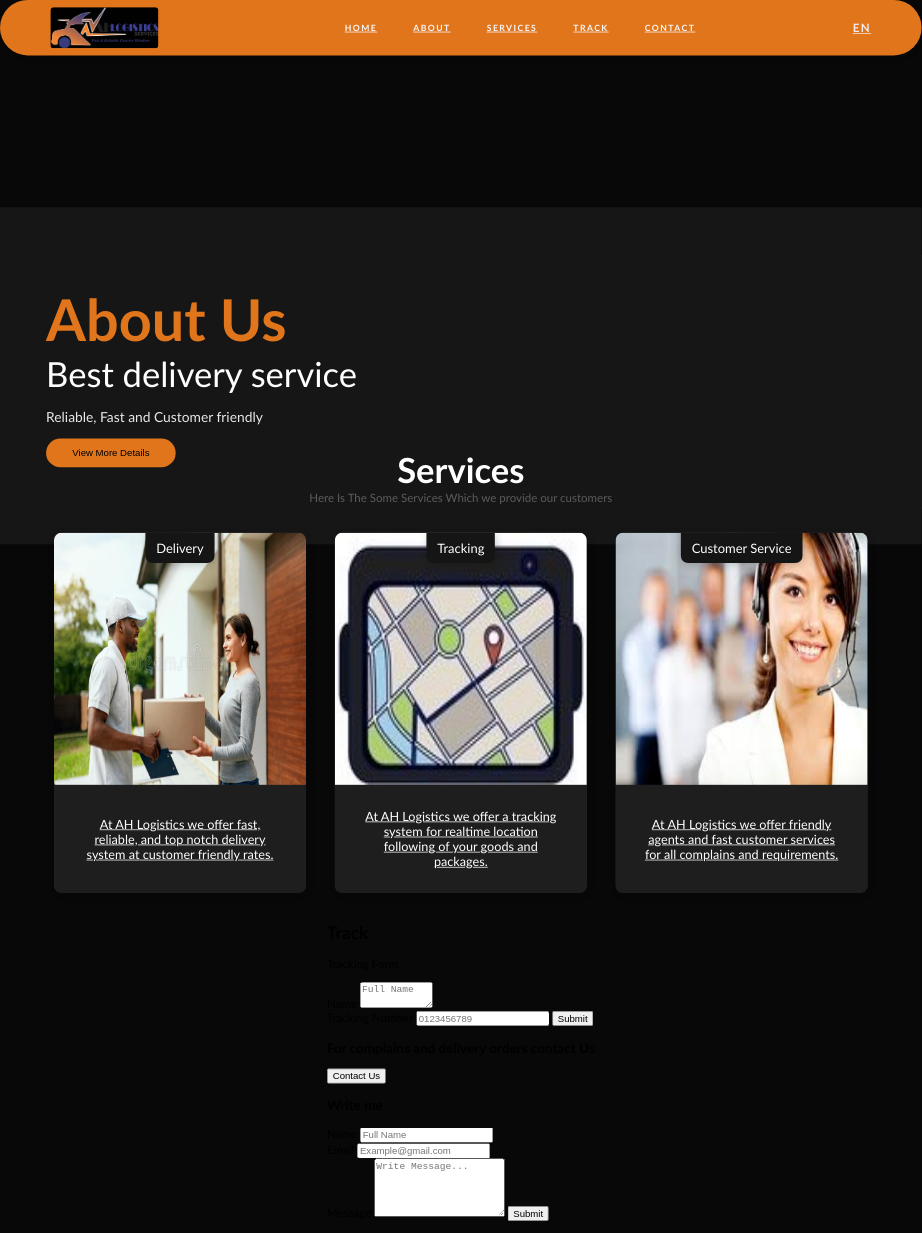
Repository: TheSecretlifeOfX/Ah-Logistics
Page: index.html
These files come from the project's save history. The page is drawn as it stood at one moment and after the next save; the edit follows.
The browser window is 1280 px wide. The pictures show the whole page, at 72% of full size.

Above is the page before, as saved 2022-03-02 14:40:00.

### index.html
<html>
<head>
<meta charset="utf-8">
<meta http-equiv="X-UA-Compatible" content="IE-edge">
<meta name="viewport" content="width=device-width, intial-scale=1.0">
<title>Logistics Website</title>
<link rel="stylesheet" href="./css/home.css">
</head>
<body>
<section id="main">
	<nav>
	<a href="#" class="logo"><img src="images/logo.jpg"></a>
	<div class="toggle"></div>
	<ul class="menu">
	<li class="active"><a href="#main" >Home</a></li>
	<li><a href="#about">About</a></li>
	<li><a href="#services">Services</a></li>
	<li><a href="#Tracking-Form">Track</a></li>
    <li><a href="#contact-form">Contact</a></li>
	</ul>
	<a href="#" class="lang">En</a>
	</nav>
    </section>
</div>
<section id="about">
	<div class="about-text">
	<h1>About Us</h1>
	<h2>Best delivery service</h2>
	<p>Reliable, Fast and Customer friendly</p>
	<button>View More Details</button>
	</div>
</section>
<section id="services">
<div class="s-heading">
<h1>Services</h1>
<p>Here Is The Some Services Which we provide our customers</p>
</div>
<div class="b-container">
<div class="s-box">
<div class="s-b-img">
    <div class="s-type">Delivery</div>
    <img src="images/delivery.jpg">
</div>
<div class="s-b-text">
<a href="#">At AH Logistics we offer fast, reliable, and top notch delivery system at customer friendly rates.</a>
</div>
</div>
<div class="s-box">
<div class="s-b-img">
    <div class="s-type">Tracking</div>
    <img src="images/track.jpg">
</div>
<div class="s-b-text">
<a href="#">At AH Logistics we offer a tracking system for realtime location following of your goods and packages.</a>
</div>
</div>
<div class="s-box">
<div class="s-b-img">
    <div class="s-type">Customer Service</div>
    <img src="images/customer.jpg">
</div>
<div class="s-b-text">
<a href="#">At AH Logistics we offer friendly agents and fast customer services for all complains and requirements.</a>
</div>
</div>
</div>
</div>
<section id=Tracking-Form></section>
<form>
<div class="Track-left">
<h1 class=T-1-Heading>Track</h1>
<p class=T-2-Body>Tracking Form</p></div>
<div class="Track-right">
	<div class="C-Name">
	<font >Name</font>
	<textarea name="message" rows="2" cols="10" placeholder="Full Name"></textarea>
	<div class="f-Num">
		<font >Tracking Number</font>
		<input type="Number" placeholder="0123456789"/>
	<button>Submit</button>
</form>
<section id="contact-btn">
	<h1 class="c-b-heading">For complains and delivery orders contact Us</h1>
		<button >Contact Us</button>
	</section>
<!--contact-form------------------->
<section id="contact-form">
<form>
<!--left--------------------------------------->
<div class="contact-left">
<h1 class="c-l-heading">Write me</h1>
<div class="f-name">
<font >Name</font>
<input type="text" placeholder="Full Name"/>
</div>
<div class="f-email">
<font >Email</font>
<input type="email" placeholder="Example@gmail.com"/>
</div>
</div>
<div class="contact-right">

<div class="message">
<font >Message</font>
<textarea name="message" rows="5" cols="20" placeholder="Write Message..."></textarea>
<button>Submit</button>
</div>
</form>
</section>
</section>
</body>
</html>

### css/home.css
body{
	margin:0px;
	padding:0px;
	background-color: #080808;
	background-size: 100%;
	min-height: 100vh;
	}
	#main{
		width:100%;
		height: 40vh;
		}
		nav{
			display:flex;
			justify-content: space-between;
			align-items: center;
			text-transform: uppercase;
			font-weight: 600;
			letter-spacing: 2px;
			font-family: calibri;
			top: 0;
			left: 10px;
			width:100%;
			box-sizing: border-box;
			padding: 5px 70px;
			background-color:#e0751c;
			box-shadow:2px 2px 12px rgba(0,0,0,0.05);
			z-index: 1;
			border-radius: 50px;
			}
			.menu{
			display: flex;

			}
			.menu li a{
			padding: 10px 25px;
			color:#f8f8fa;
			font-size: 12px;
			display:inline-block;
			}
			li{display:inline-block}
			.lang{
			color:#f3ecec;
			}
			.logo > img {
				width: 100%;
				height: 100%;
				max-width: 150px;
				display: flex;
				justify-content: center;
				align-items: center;
				text-align: center;
				margin-left: 0px;
				border-radius: 5px;
				 }
			.toggle{
			display: none;
			}
			.menu li a:hover{
			background-color:#292929;
			color:#FFF!important;
			font-weight: bold;
			transition: all ease 0.4s;
			}
			.lang:hover{
				background-color:#292929;
			color:#FFF!important;
			font-weight: bold;
			transition: all ease 0.4s;
			}
			#about{
				width:100%;
				height: 65vh;
				background-color:#161616;
				box-sizing: border-box;
				display: flex;
				align-items: center;
				justify-content: space-between;
				padding: 0px 5% 0px 5%;
			}
			.about-text{
				font-family: calibri;
				width: 50%;
			}
			.about-text h1{
				font-size: 5rem;
				color:#e0751c;
			}
			.about-text h2{
				font-size: 3rem;
				color:#FFFFFF;
				font-weight: 400;
			}
			.about-text h1,h2{
				margin: 0px;
				padding: 0px;
			}
			.about-text p{
				font-size: 1.2rem;
				color:rgba(255,255,255,0.90);

			}
			.about-text button{
				width: 180px;
				height: 40px;
				border-radius: 20px;
				border: none;
				outline: none;
				background-color:#e0751c;
			}
			.about-text button:hover{
				background-color: #FFFFFF;
				transition: all ease 0.3s;
			}
			#services{
				width:100%;
			height:100vh;
			box-sizing: border-box;
			font-family: calibri;
			display: flex;
			flex-direction: column;
			align-items: center;
			justify-content: center;
			padding-top: 100px ;

		}

		.s-heading h1{
			color:#FFFFFF;
			font-size: 3rem;
			margin: 0px;
			padding: 0px;

		}
		.s-heading p{
			color:rgba(255,255,255,0.30);
			font-size: 1rem;
			margin: 0px;
			padding: 0px;
		}
		.s-heading{
			text-align: center;
			margin: 20px 0px;
		}
		.s-box{
			background-color: #2B2B2B;
			width:350px;
			height: 500px;
			margin: 20px;
			border-radius: 10px;
			overflow: hidden;
			box-shadow: 2px 2px 12px rgba(0,0,0,0.1);
			position: relative;
		}
		.b-container{
			display: flex;
			justify-content: center;
			align-content: center;


		}
		.s-b-img{
			width: 100%;
			height: 70%;

		}
		.s-b-img img{
			width:100%;
			height: 100%;

		}
		.s-b-text{
			width: 100%;
			height: 30%;
			background-color:#1E1E1E;
			display:flex;
			justify-content: center;
			align-items: center;
			text-align: center;
		}
		.s-b-text a{
			margin: 0px;
			color:#FFFFFF;
			font-size: 1.1rem;
			font-family: calibri;
			display: block;
			display: -webkit-box;
			max-width: 80%;
			-webkit-line-clamp: 4;
			-webkit-box-orient: vertical;
			overflow: hidden;
			text-overflow: ellipsis;
		}
		.s-b-text a:hover{
			color:rgba(255,255,255,0.50)
		}
		.s-type{
			font-family: calibri;
			color:#FFFFFF;
			background-color: #151515;
			padding: 10px 15px;
			position: absolute;
			top: 0px;
			left: 50%;
			transform: translateX(-50%);
			font-size: 18px;
			border-radius: 0px 0px 10px 10px;
			box-shadow: 2px 2px 12px rgba(0,0,0,0.2);
		}
		.s-box:hover{
			transform:translateY(-10px);
			transition: all ease 0.3s;

		}

After the next save:
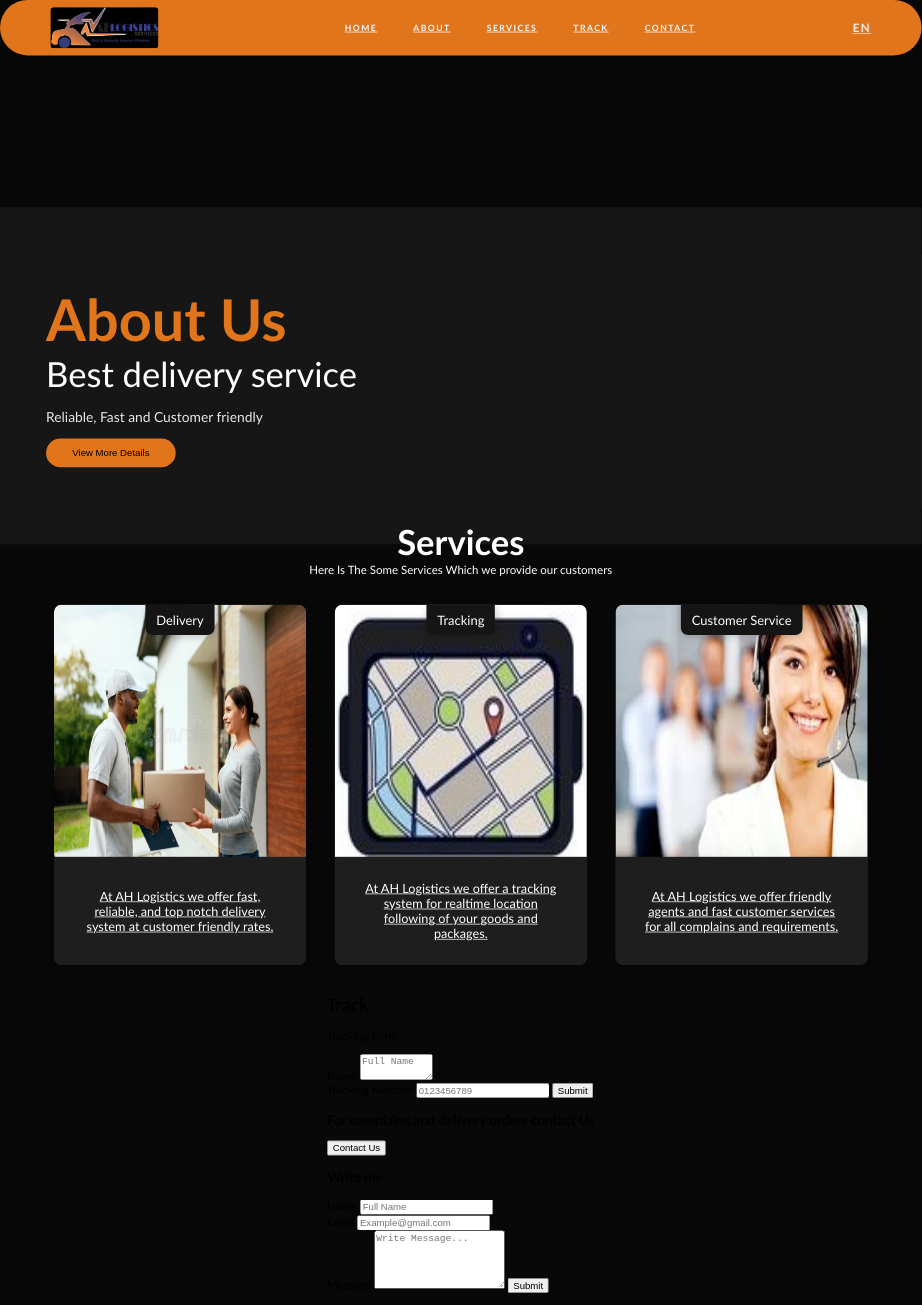
Saved 48 s later.
--- a/css/home.css
+++ b/css/home.css
@@ -120,7 +120,7 @@ body{
 			flex-direction: column;
 			align-items: center;
 			justify-content: center;
-			padding-top: 100px ;
+			padding-top: 300px ;
 
 		}
 
@@ -132,7 +132,7 @@ body{
 
 		}
 		.s-heading p{
-			color:rgba(255,255,255,0.30);
+			color:rgb(255, 255, 255);
 			font-size: 1rem;
 			margin: 0px;
 			padding: 0px;
